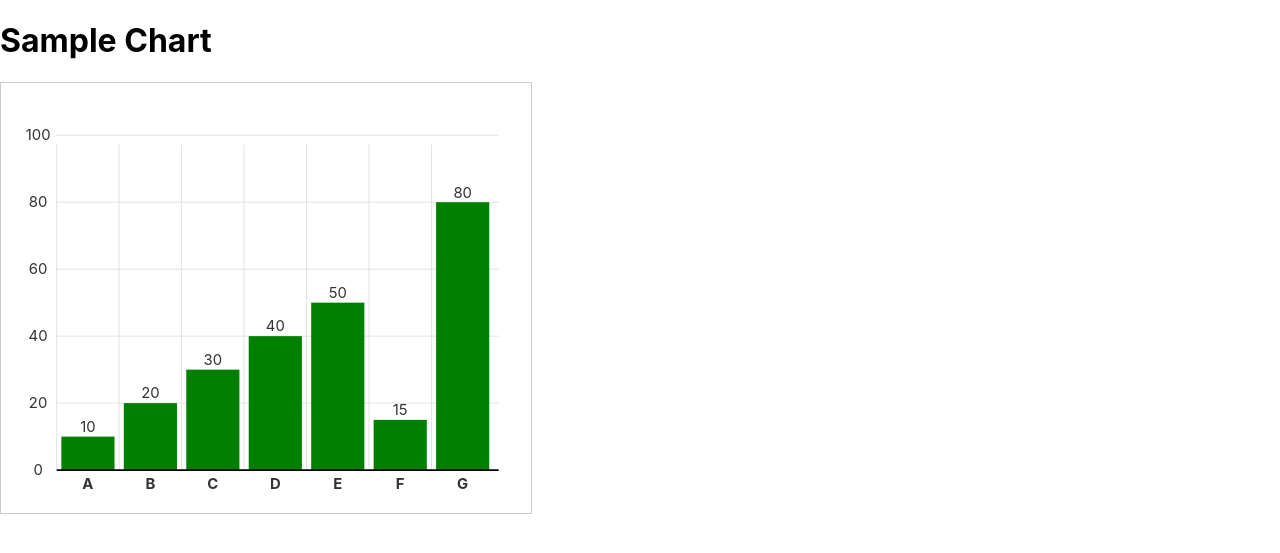
Repository: CaptainJang316/GChart
Page: /
An editor plug-in stored every save of this project. The page is shown before and after the next save, followed by the edit.
The browser window is 1280 px wide. The pictures show the whole page.
The project was rebuilt for these pictures with package versions that can differ from the ones it lists, and the page was loaded fresh each time. Also part of the build but not shown: src/App.css.

Above is the page before, as saved 2024-11-09 18:01:50.

### src/App.tsx
/* eslint-disable */
import React from 'react';
import './App.css';
import BarChart from './components/Chart/BarChart';
import { Option } from './types/Option';

function App() {
  const sampleOption: Option = {
    type: 'bar',
    data: [
      { label: 'A', value: 10 },
      { label: 'B', value: 20 },
      { label: 'C', value: 30 },
      { label: 'D', value: 40 },
      { label: 'E', value: 50 },
      { label: 'F', value: 15 },
      { label: 'G', value: 80 },
    ],
    layout: {
      width: 500,
      height: 400,
      axisCnt: 5
    },
    style: {
      color: "green"
    },
    tooltip: true,
    label:  {
      show: true,
      position: 'mid'
    }
  };

  return (
    <div>
      <h1>Sample Chart</h1>
      {/* 차트의 border 없애고, X,Y 축에 대한 컴포넌트들로 더 큰 바운더리 구현해야 함. */}
      {/* => ㄴㄴ. 그냥 단일 SVG로 구현하는 게 훨씬 좋음. */}

      <div className="chart-wrapper">
        <BarChart {...sampleOption}/>
      </div>
    </div>
  );
}

export default App;

### src/components/Chart/BarChart.tsx
/* eslint-disable */
import React from 'react';
import { useAxis } from '../Axis/useAxis';
import { useGrid } from '../Grid/useGrid';
import { Option } from '../../types/Option';

// interface ChartProps {
//     data: { label: string, value: number }[];
//     width?: number;
//     height?: number;
//     color?: string;
//     axisCnt?: number;
// };

const BarChart: React.FC<Option> = ({
    data,
    title,
    layout: {
        width = 400,
        height = 300,
        axisCnt = 8,
    },
    style: {
        color = '#4A90E2',
    },
    tooltip = true
}) => {
    const values = data.map(item => item.value);
    const {xAxis, yAxis, scales} = useAxis({data: values, width: width, height: height, axisCnt: axisCnt});
    const {gridLines} = useGrid({data: values, scales, width, height, horizontalLineCnt: axisCnt});

    const maxValue = Math.max(...data.map(d => d.value));
    const barWidth = (width - 30) / data.length;
    // const yTicks = 10;
    // const tickValues = Array.from({ length: yTicks }, (_, i) => (maxValue / yTicks) * i);

    return (
        // svg 요소 안에, 차트를 그린다.
        <div style={{ display: 'inline-block', width: `${width}px`, height: `${height}px`}}>
            <svg width='100%' height='100%' viewBox={`0 0 ${width} ${height + 30}`} style={{ border: '1px solid #ccc', padding: '15px'}}>
                {
                    title?
                    <g className='title-layer'>
                        <h3>{title.text}</h3>
                        {title.subTitle? <h5>{title.subTitle}</h5> : ''}
                    </g> : ''
                }
                <g className='grid-layer'>
                    {gridLines.horizontal.map((el: { id: React.Key | null | undefined; x1: number ; y1: number ; x2: number ; y2: number; }, index: number) => (
                        <line
                            key={el.id}
                            x1={el.x1}
                            y1={el.y1}
                            x2={el.x2}
                            y2={el.y2}
                            stroke="#e0e0e0"
                            // strokeDasharray="4 4"
                            strokeWidth={1}
                        />
                    ))}
                    {gridLines.vertical.map((el: { id: React.Key | null | undefined; x1: number ; y1: number ; x2: number ; y2: number; }, index: number) => (
                        <line
                            key={el.id}
                            x1={barWidth * index + 25}
                            y1={50}
                            x2={barWidth * index + 25}
                            y2={height}
                            stroke="#e0e0e0"
                            // strokeDasharray="4 4"
                            strokeWidth={1}
                        />
                    ))}
                </g>

                <g className='axis-layer'>
                    {yAxis.ticks.map((tick) => (
                        <text
                            x={5}
                            y={tick.position}
                            textAnchor="middle"
                            // fontSize="10"
                            fill="#333"
                        >
                        {tick.value}
                        </text>
                    ))}
                </g>

                <g className='chart-layer'>
                    {data.map((d, i) => {
                        const barHeight = height - scales.yScale(d.value);
                        return (
                            // g는 svg 요소 내에 사용되는 것.
                            // svg에서 그룹을 만드는 역할을 한다.
                            // trangform은 그룹의 위치를 변환하는 데 사용됨.
                            // translate(${i * barWidth}, ${height - barHeight}) <- x축, y축 이동 정도 지정

                            <g key={i} transform={`translate(${i * barWidth}, ${height - barHeight})`}>
                                <rect
                                    width={barWidth - 10}
                                    height={barHeight}
                                    fill={color}
                                    x={30}
                                    y={0}
                                />
                                <text
                                    x={barWidth / 2 + 25}
                                    y={-5}
                                    textAnchor="middle"
                                    // fontSize="10"
                                    fill="#333"
                                >
                                    {d.value}
                                </text>
                            </g>
                        );
                    })}
                </g>

                <g className='bottom-layer'>
                    <line
                        x1={25}
                        y1={height}
                        x2={width}
                        y2={height}
                        stroke="black"
                        // strokeDasharray="4 4"
                        strokeWidth={2}
                    />
                </g>
                <g className='label-layer'>
                    {data.map((d, i) => {
                        let currX = barWidth * i;
                        return (
                            <text
                            x={currX + barWidth / 2 + 25}
                            y={height + 20}
                            textAnchor="middle"
                            // fontSize="12"
                            fontWeight="bold"
                            fill="#333"
                        >
                            {d.label}
                        </text>
                        );
                    })}
                </g>
            </svg>
        </div>
    );
};

export default BarChart;

### src/components/Axis/useAxis.ts
/* eslint-disable */
import { useMemo } from 'react';
import { scaleLinear } from 'd3-scale';

interface AxisProps {
    data: number[];
    width: number;
    height: number;
    axisCnt?: number;
    horizontalPadding?: number; // 좌우 패딩
    topPadding?: number; // 위쪽 패딩
}

export const useAxis = ({
    data,
    width,
    height,
    axisCnt = 6,
    horizontalPadding = 40,
    topPadding = 40
}: AxisProps) => {
    const scales = useMemo(() => {
        // X축 스케일 설정
        const xScale = scaleLinear()
            .domain([0, data.length - 1])
            .range([horizontalPadding, width - horizontalPadding]);

        // Y축 스케일 설정
        const maxValue = Math.max(...data);
        const yMaxValue = getAppropriateMaxValue(maxValue);

        const yScale = scaleLinear()
            .domain([0, yMaxValue])
            // 위쪽 패딩만 적용하고 아래쪽은 height 값 그대로 사용
            .range([height, topPadding]); // -1을 해서 baseline에 정확히 맞춤

        return { xScale, yScale };
    }, [data, width, height, horizontalPadding, topPadding]);

    const xAxis = useMemo(() => {
        return {
            ticks: data.map((_, index) => ({
                value: index,
                position: scales.xScale(index)
            }))
        };
    }, [scales.xScale, data]);

    const yAxis = useMemo(() => {
        const ticks = scales.yScale.ticks(axisCnt);
        return {
            ticks: ticks.map(tick => ({
                value: tick,
                position: scales.yScale(tick) + 5
            }))
        };
    }, [scales.yScale, axisCnt]);

    return { xAxis, yAxis, scales };
};

// 적절한 최대값을 계산하는 헬퍼 함수
function getAppropriateMaxValue(maxValue: number): number {
    const magnitude = Math.pow(10, Math.floor(Math.log10(maxValue)));
    const normalized = maxValue / magnitude;

    if (normalized <= 1) return magnitude;
    if (normalized <= 2) return 2 * magnitude;
    if (normalized <= 5) return 5 * magnitude;
    return 10 * magnitude;
}

### src/components/Grid/useGrid.ts
/* eslint-disable */
import { useMemo } from 'react';

interface GridProps {
    data: number[],
    scales: {
        xScale: any;
        yScale: any;
    },
    width: number,
    height: number
    horizontalLineCnt: number;
}

export const useGrid = ({data, scales, width, height, horizontalLineCnt}: GridProps) => {
    const gridLines = useMemo(() => {
        const vertical = scales.xScale.ticks(data.length - 1).map((tick: number) => ({
            id: `x-${tick}`,
            x1: scales.xScale(tick),
            y1: 0,
            x2: scales.xScale(tick),
            y2: height,
        }));

        const horizontal = scales.yScale.ticks(horizontalLineCnt).map((tick: number) => ({
            id: `y-${tick}`,
            x1: 25,
            y1: scales.yScale(tick),
            x2: width,
            y2: scales.yScale(tick)
        }));

        return {vertical, horizontal};
    }, [scales, width, height]);

    return { gridLines };
}

Loaded but not shown: public/index.html (common file); src/index.tsx (common file); src/index.css (common file); src/reportWebVitals.ts (common file)

After the next save:
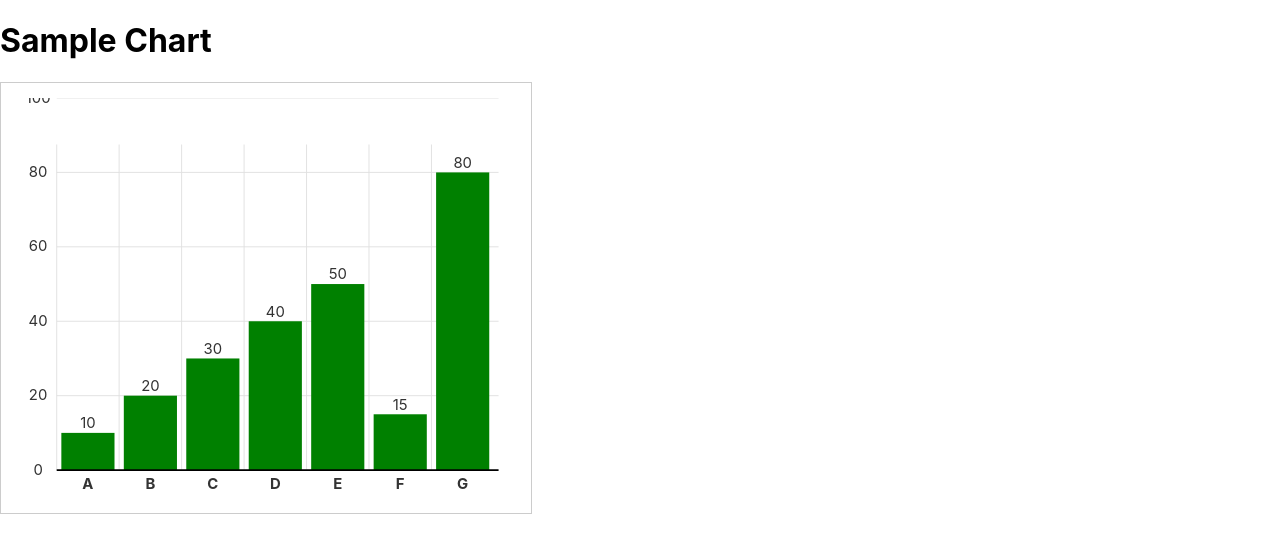
Saved 118 s later.
--- a/src/components/Axis/useAxis.ts
+++ b/src/components/Axis/useAxis.ts
@@ -32,7 +32,7 @@ export const useAxis = ({
         const yScale = scaleLinear()
             .domain([0, yMaxValue])
             // 위쪽 패딩만 적용하고 아래쪽은 height 값 그대로 사용
-            .range([height, topPadding]); // -1을 해서 baseline에 정확히 맞춤
+            .range([height, 0]); // -1을 해서 baseline에 정확히 맞춤
 
         return { xScale, yScale };
     }, [data, width, height, horizontalPadding, topPadding]);
